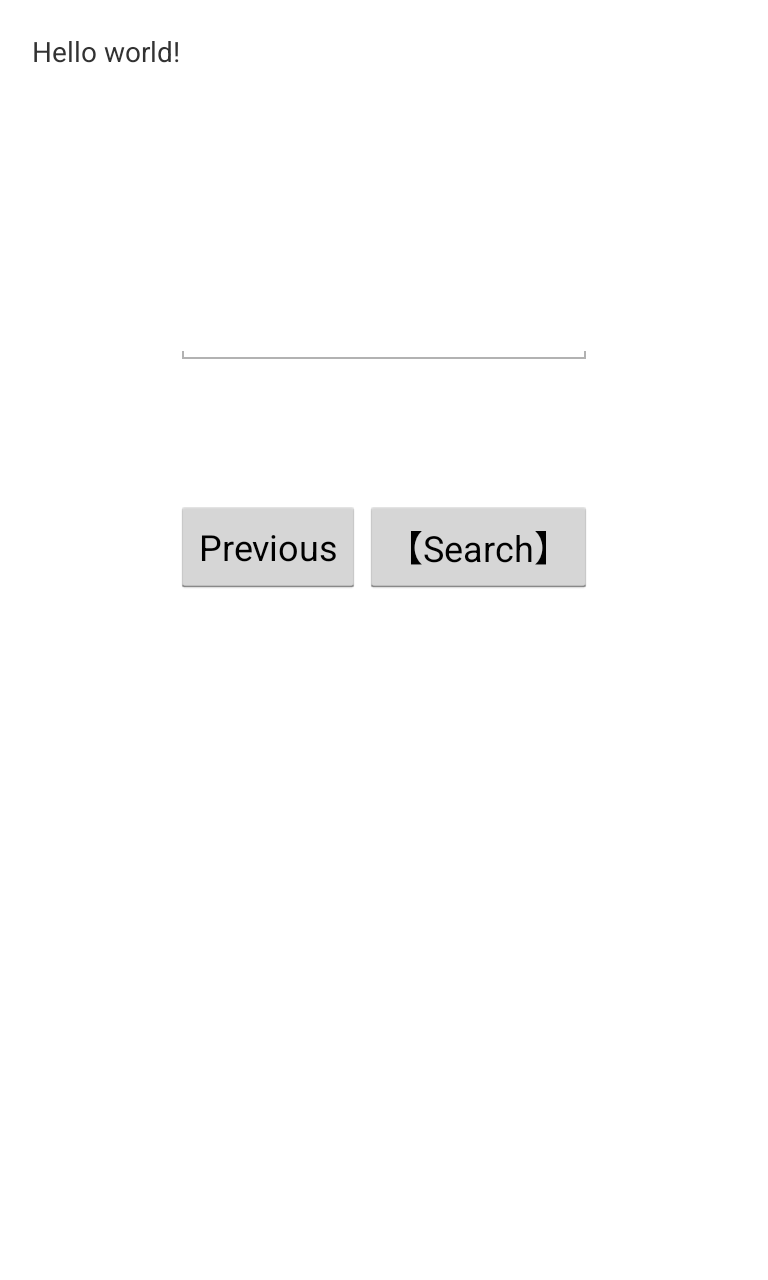
Repository: theoryxu/Chinese-microblogging-Links-System-Mobile-Application-Development
Layout: AndroidApp/STXQ/STXQ/res/layout/activity_second.xml
An editor plug-in stored every save of this project. The layout is shown before and after the next save, followed by the edit.
It is drawn on a 768 x 1280 px phone screen (xhdpi) without system bars, with theme AppTheme; the app's code is not run.

Above is the layout before, as saved 2014-11-25 00:04:50.

After the next save:
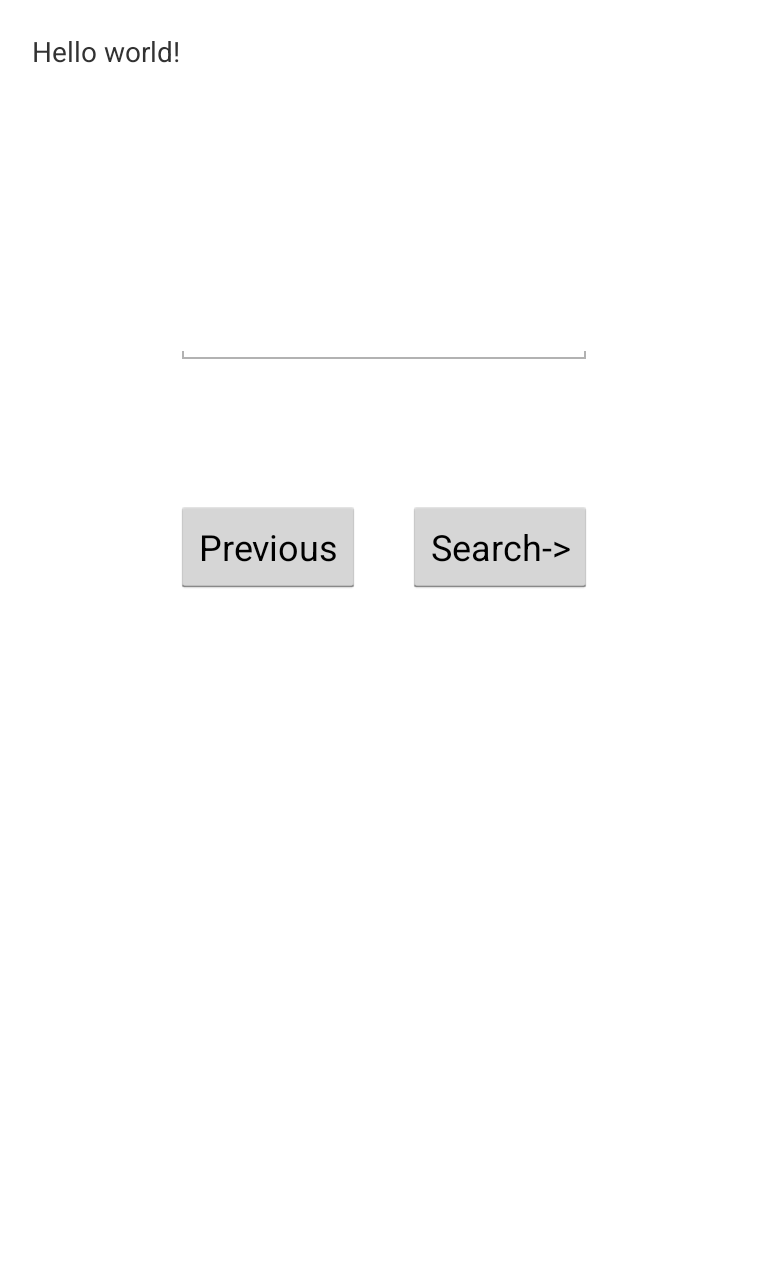
Saved 43 s later.
--- a/AndroidApp/STXQ/STXQ/res/layout/activity_second.xml
+++ b/AndroidApp/STXQ/STXQ/res/layout/activity_second.xml
@@ -30,7 +30,7 @@
         android:layout_height="wrap_content"
         android:layout_alignBottom="@+id/button1"
         android:layout_alignRight="@+id/editText1"
-        android:text="【Search】" />
+        android:text="Search->" />
 
     <Button
         android:id="@+id/button1"
